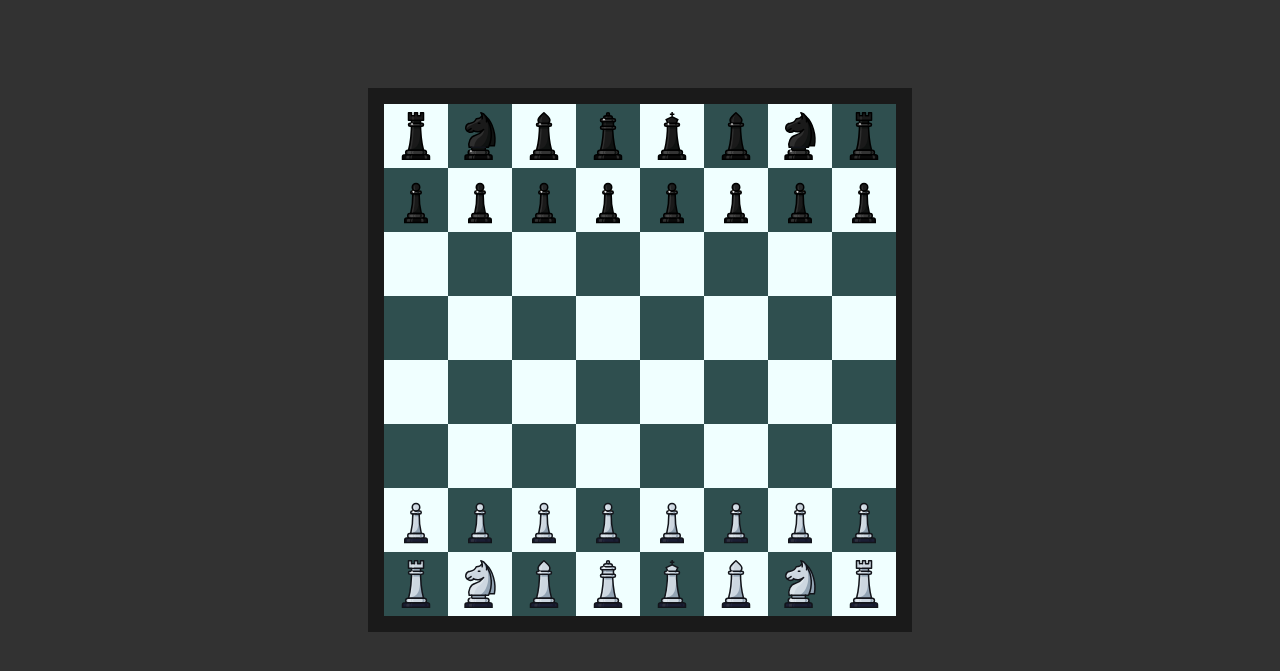
Repository: Mirsmog/react-chess
Page: /
These files come from the project's save history. The page is drawn as it stood at one moment and after the next save; the edit follows.
The browser window is 1280 px wide. The pictures show the whole page.
Pictures or frames that could not be fetched are drawn as grey boxes. The project was rebuilt for these pictures with package versions that can differ from the ones it lists, and the page was loaded fresh each time. Also part of the build but not shown: vite.config.ts.

Above is the page before, as saved 2023-10-28 16:06:17.

After the next save:
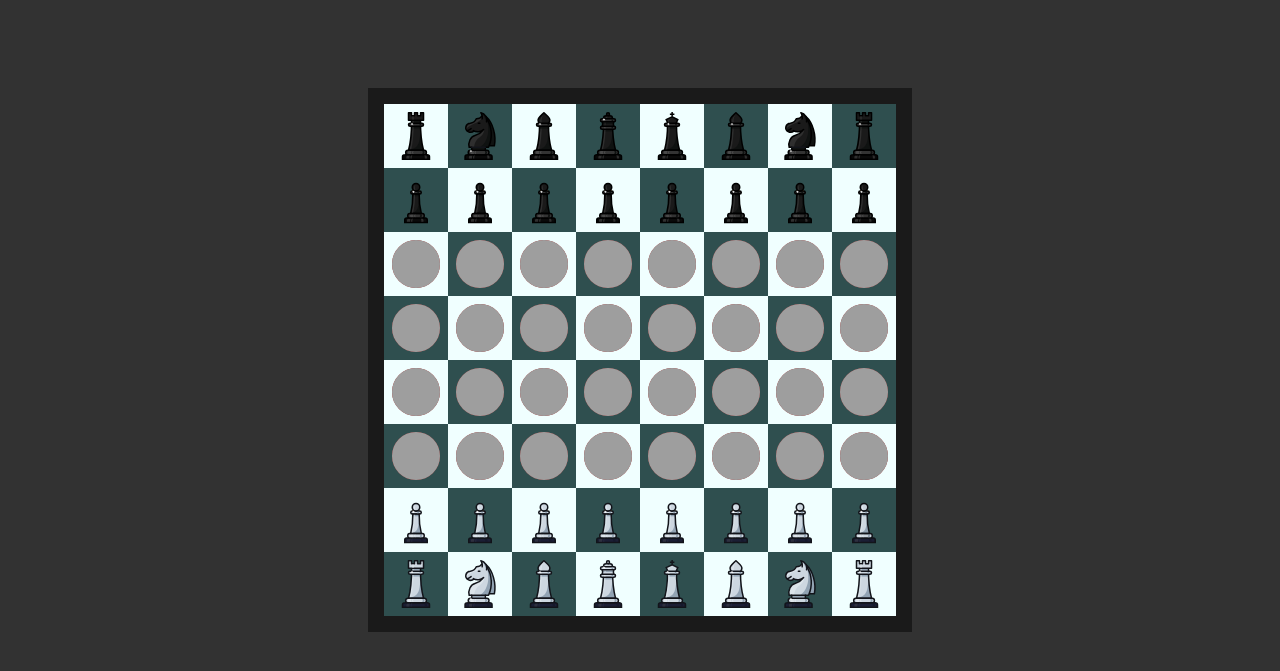
Saved 22 s later.
--- a/src/components/CellComponent.tsx
+++ b/src/components/CellComponent.tsx
@@ -17,7 +17,7 @@
       className={`cell ${cell.color} ${selected && 'selected'}`}
       onClick={() => dad(cell)}
     >
-      {/* {!cell.figure && <img src={cell} className='available' />} */}
+      {!cell.figure && <img src={cell} className='available' />}
       {cell.figure?.logo && (
         <img src={cell.figure.logo} alt={cell.figure.logo} />
       )}
